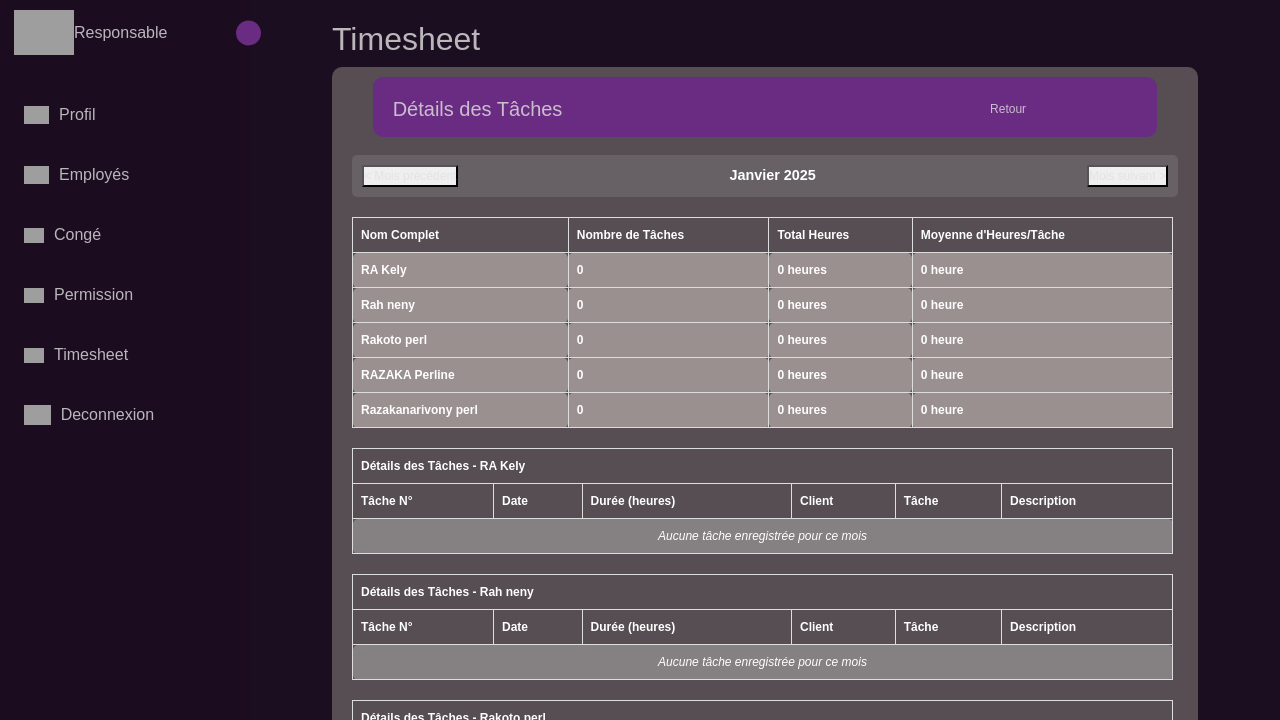
Repository: Fandresena19/Gestion-employe
Page: http://localhost/phpmailer/Assets/responsable/vue/detail_timesheet.php?mois=1&annee=2025
The author's editor kept a copy of each file at every save. The page is drawn from the files as they stood at one save, then again after the next save.
The browser window is 1280 px wide. The pictures show the whole page.
Pictures or frames that could not be fetched are drawn as grey boxes. An inner scrolling area shows only its first screen. Some web fonts or font styles are not loaded; a fallback is used. The page is run by PHP 8.4 with error messages shown; the project is at /var/www/html/. The database holds what the project's SQL file puts in it.

Above is the page before, as saved 2025-05-12 09:10:10.

After the next save:
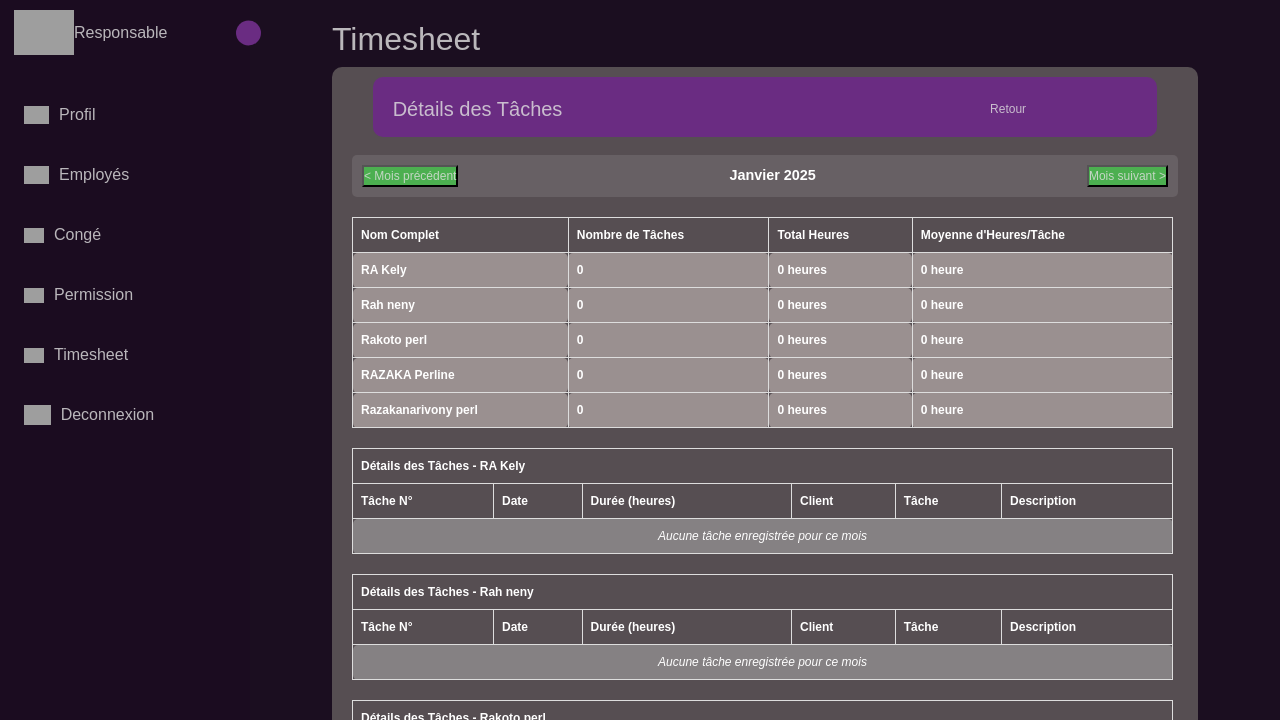
Saved 40 s later.
--- a/Assets/responsable/vue/detail_timesheet.php
+++ b/Assets/responsable/vue/detail_timesheet.php
@@ -158,7 +158,9 @@ unset($employe); // Détruire la référence à la dernière valeur
     border-radius: 5px;
   }
 
-
+  .navigation button{
+    background-color: #4CAF50;
+  }
 
   .mois-actuel {
     font-size: 1.2em;
